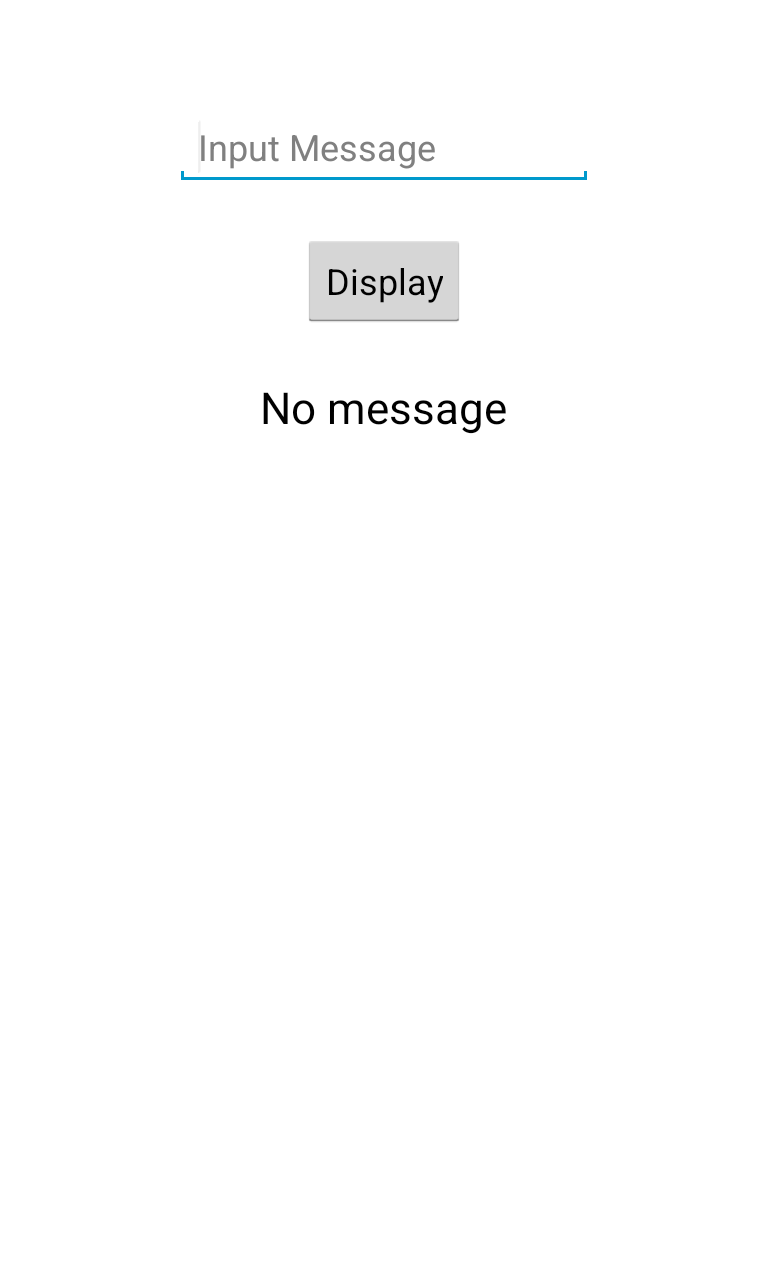
Repository: MadhuHS/JECM3
Layout: ButtonView/res/layout/activity_main.xml
The author's editor kept a copy of each file at every save. The layout is drawn from the files as they stood at one save, then again after the next save.
It is drawn on a 768 x 1280 px phone screen (xhdpi) without system bars, with theme AppTheme; the app's code is not run.

Above is the layout before, as saved 2015-11-09 02:52:43.

### ButtonView/res/layout/activity_main.xml
<RelativeLayout xmlns:android="http://schemas.android.com/apk/res/android"
    xmlns:tools="http://schemas.android.com/tools"
    android:layout_width="match_parent"
    android:layout_height="match_parent"
    android:paddingBottom="@dimen/activity_vertical_margin"
    android:paddingLeft="@dimen/activity_horizontal_margin"
    android:paddingRight="@dimen/activity_horizontal_margin"
    android:paddingTop="@dimen/activity_vertical_margin"
    tools:context=".MainActivity" >

    <EditText
        android:id="@+id/editTextinput"
        android:layout_width="wrap_content"
        android:layout_height="wrap_content"
        android:layout_alignParentTop="true"
        android:layout_centerHorizontal="true"
        android:layout_marginTop="38dp"
        android:ems="10"
        android:hint="Input Message" >

        <requestFocus />
    </EditText>

    <Button
        android:id="@+id/buttondisplay"
        android:layout_width="wrap_content"
        android:layout_height="wrap_content"
        android:layout_below="@+id/editTextinput"
        android:layout_centerHorizontal="true"
        android:layout_marginTop="23dp"
        android:onClick="displaymessage"
        android:text="Display" />

    <TextView
        android:id="@+id/textViewoutput"
        android:layout_width="wrap_content"
        android:layout_height="wrap_content"
        android:layout_below="@+id/buttondisplay"
        android:layout_centerHorizontal="true"
        android:layout_marginTop="24dp"
        android:text="No message"
        android:textAppearance="?android:attr/textAppearanceLarge" />

</RelativeLayout>

Loaded but not shown: ButtonView/res/values/styles.xml (common file); ButtonView/res/values-v11/styles.xml (common file); ButtonView/res/values-v14/styles.xml (common file); ButtonView/res/values/dimens.xml (common file)

After the next save:
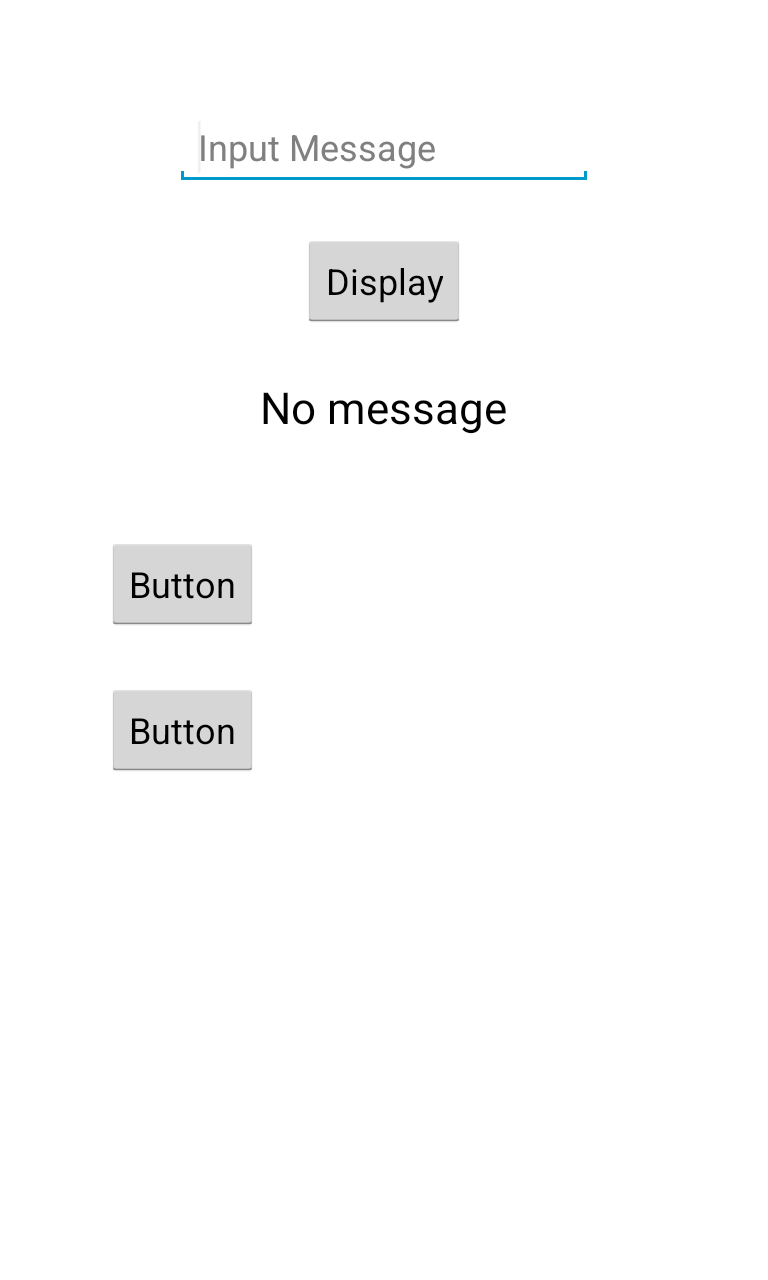
Saved 15 s later.
--- a/ButtonView/res/layout/activity_main.xml
+++ b/ButtonView/res/layout/activity_main.xml
@@ -41,4 +41,22 @@
         android:text="No message"
         android:textAppearance="?android:attr/textAppearanceLarge" />
 
+    <Button
+        android:id="@+id/button1"
+        android:layout_width="wrap_content"
+        android:layout_height="wrap_content"
+        android:layout_below="@+id/textViewoutput"
+        android:layout_marginTop="50dp"
+        android:layout_toLeftOf="@+id/textViewoutput"
+        android:text="Button" />
+
+    <Button
+        android:id="@+id/button2"
+        android:layout_width="wrap_content"
+        android:layout_height="wrap_content"
+        android:layout_alignRight="@+id/button1"
+        android:layout_below="@+id/button1"
+        android:layout_marginTop="25dp"
+        android:text="Button" />
+
 </RelativeLayout>
